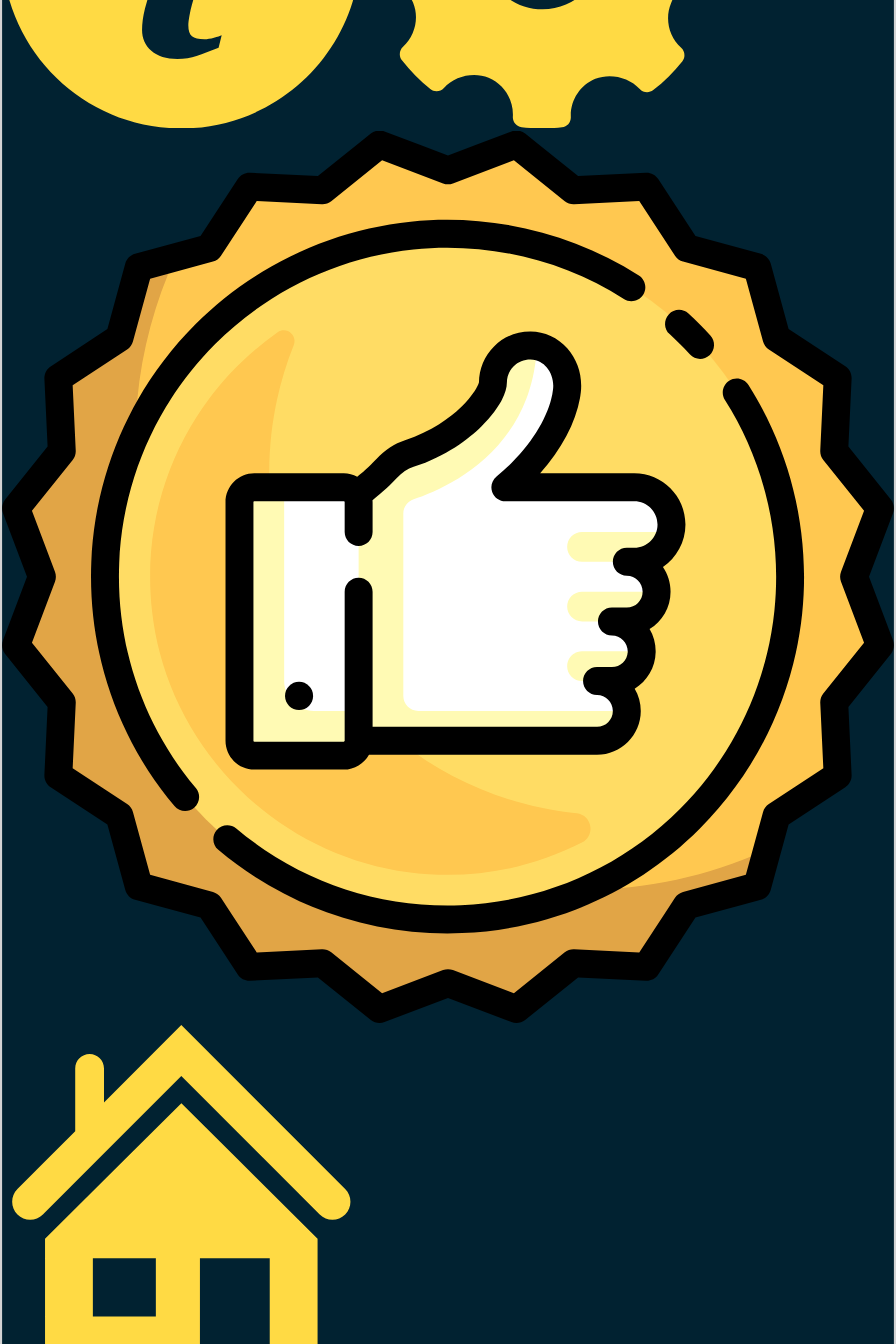
Repository: ChenGinsberg/BatyaLamed-site
Page: index.html
An editor plug-in stored every save of this project. The page is shown before and after the next save, followed by the edit.
The browser window is 1280 px wide. The pictures show the part of the page from y = 1609 to 3529 px (the page is 5120 px tall before and 4605 px after), at 70% of full size.
Some web libraries are served in a nearby version.

Above is the page before, as saved 2017-11-21 21:37:33.

### index.html
<!DOCTYPE html>
<html lang="en">

<head>
    <meta charset="UTF-8">
    <meta name="viewport" content="width=device-width, initial-scale=1.0">
    <meta http-equiv="X-UA-Compatible" content="ie=edge">
    <title>Batya</title>

    <script type="text/javascript" src="http://app.sliderui.com/sliders/zrkchs.js"></script>
    <script src="https://code.jquery.com/jquery-3.2.1.slim.min.js" integrity="sha384-KJ3o2DKtIkvYIK3UENzmM7KCkRr/rE9/Qpg6aAZGJwFDMVNA/GpGFF93hXpG5KkN"
        crossorigin="anonymous"></script>
    <script src="https://cdnjs.cloudflare.com/ajax/libs/popper.js/1.12.3/umd/popper.min.js" integrity="sha384-vFJXuSJphROIrBnz7yo7oB41mKfc8JzQZiCq4NCceLEaO4IHwicKwpJf9c9IpFgh"
        crossorigin="anonymous"></script>
    <script src="https://maxcdn.bootstrapcdn.com/bootstrap/4.0.0-beta.2/js/bootstrap.min.js" integrity="sha384-alpBpkh1PFOepccYVYDB4do5UnbKysX5WZXm3XxPqe5iKTfUKjNkCk9SaVuEZflJ"
        crossorigin="anonymous"></script>
    <link rel="stylesheet" href="https://maxcdn.bootstrapcdn.com/bootstrap/4.0.0-beta.2/css/bootstrap.min.css" integrity="sha384-PsH8R72JQ3SOdhVi3uxftmaW6Vc51MKb0q5P2rRUpPvrszuE4W1povHYgTpBfshb"
        crossorigin="anonymous">
    <link href="https://fonts.googleapis.com/css?family=Varela+Round&amp;subset=hebrew" rel="stylesheet">
    <link rel="stylesheet" type="text/css" href="style/reset.css">
    <link rel="stylesheet" type="text/css" href="style/style.css">
    <link rel="stylesheet" type="text/css" href="style/nav.css">
    <link rel="stylesheet" type="text/css" href="style/slider.css">
    <link rel="stylesheet" type="text/css" href="style/infoBox.css">
    <link rel="stylesheet" type="text/css" href="style/footer.css">
</head>

<body lang="rtl">
    <!-- nav-bar -->
    <nav class="navbar-blue">
        <div class="nav-icons">
            <img src="image/batyaLogo.png" class="logo-nav">
            <a>
                <img src="image/email.svg" class="nav-email-icon">
            </a>
            <a href="aticles.html">
                <img src="image/icon.svg" class="nav-info-icon">
            </a>
            <a href="tools.html">
                <img src="image/settings-work-tool.svg" class="nav-tools-icon">
            </a>
            <a href="recommendsPage.html">
                <img src="image/recommended.svg" class="nav-recommended-icon">
            </a>
            <a href="index.html">
                <img src="image/house-outline.svg" class="nav-home-icon">
            </a>
        </div>
        <br>
        <div class="nav-text">
            <span class="nav-iconn">עמוד הבית</span>
            <span class="nav-iconn">המלצות</span>
            <span class="nav-iconn">כלי-למידה</span>
            <span class="nav-iconn">מאמרים</span>
            <span class="nav-iconn">צור קשר</span>
        </div>
    </nav>
    <!-- slider - linked at the head -->
    <div data-slider-id="zrkchs" class="sliderCSS"></div>
    <!-- infoBox -->
    <div class="blog-card">
        <div class="photo photo1"></div>
        <div class="description">
            <span class="infoBox_header">חשוב מאוד!
            </span>
            <h2>ספר התיאוריה המעודכן לשנת 2018</h2>
            <p class="summary">Lorem ipsum dolor sit amet, consectetur adipisicing elit. Ad eum dolorum architecto obcaecati enim dicta praesentium,
                quam nobis! Neque ad aliquam facilis numquam. Veritatis, sit.</p>
            <a href="#">...עוד</a>
        </div>
    </div>
    <div class="blog-card">
        <div class="photo photo2"></div>
        <div class="description">
            <span class="infoBox_header">שימו לב...</span>
            <h2>Opening a door to the future</h2>
            <p class="summary">Lorem ipsum dolor sit amet, consectetur adipisicing elit. Ad eum dolorum architecto obcaecati enim dicta praesentium,
                quam nobis! Neque ad aliquam facilis numquam. Veritatis, sit.</p>
            <a href="#"> עוד</a>
        </div>
    </div>
    <div class="blog-card">
        <div class="photo photo3">
            <img src="/image/arrow.png" class="roadArrow">
        </div>
        <div class="description">
            <span class="infoBox_header">בדרך לדעת לנהוג</span>
            <h2>Opening a door to the future</h2>
            <p class="summary">Lorem ipsum dolor sit amet, consectetur adipisicing elit. Ad eum dolorum architecto obcaecati enim dicta praesentium,
                quam nobis! Neque ad aliquam facilis numquam. Veritatis, sit.</p>
            <a href="#">עוד</a>
        </div>
    </div>
    <!-- FOOTER -->
    <footer class="flex-rw">
        <p class="footer-quate">איתי תלמדו איך לנהוג נכון בכביש ולא איך לעבור את הטסט</p>

        <ul class="footer-list-top">

            <li>
                <a href='/shop/about-mission' class="generic-anchor footer-list-anchor" itemprop="significantLink">?מי אני</a>
            </li>
            <li>
                <a href='/promos.html' class="generic-anchor footer-list-anchor" itemprop="significantLink">מאמרים</a>
            </li>
            <li>
                <a href='/retailers/new-retailers.html' class="generic-anchor footer-list-anchor" itemprop="significantLink">כלי-למידה</a>
            </li>

            <li>
                <a href='/job-openings.html' itemprop="significantLink" class="generic-anchor footer-list-anchor">תלמידים ממליצים</a>
            </li>

            <li>
                <a href='/shop/about-show-schedule' class="generic-anchor footer-list-anchor" itemprop="significantLink">מידע עדכני לתלמיד ולנהג</a>
            </li>
        </ul>
        <ul class="footer-list-top">
            <li>
                <section class="footer-social-section flex-rw">
                    <img src="image/email.svg" class="footer-svg">
                    <img src="image/telephone.svg" class="footer-svg">
                    <img src="image/social-facebook-circular-button.svg" class="footer-svg">

                </section>
                <section class="footer-bottom-section flex-rw">
                    <div class="footer-bottom-wrapper">
                        <i class="fa fa-copyright" role="copyright">

                        </i> Cheno - FS Developer © 2017
                        <address class="footer-address" role="company address"> ,IL</address>
                        <span class="footer-bottom-rights"> - All Rights Reserved - </span>
                    </div>
                    <div class="footer-bottom-wrapper">

                        <img src="/image/Chenologo.png" class="chen-icon">

                    </div>
                </section>
    </footer>


</body>

</html>

### style/reset.css
html,
body,
div,
span,
applet,
object,
iframe,
h1,
h2,
h3,
h4,
h5,
h6,
p,
blockquote,
pre,
a,
abbr,
acronym,
address,
big,
cite,
code,
del,
dfn,
em,
img,
ins,
kbd,
q,
s,
samp,
small,
strike,
strong,
sub,
sup,
tt,
var,
b,
u,
i,
center,
dl,
dt,
dd,
ol,
ul,
li,
fieldset,
form,
label,
legend,
table,
caption,
tbody,
tfoot,
thead,
tr,
th,
td,
article,
aside,
canvas,
details,
embed,
figure,
figcaption,
footer,
header,
hgroup,
menu,
nav,
output,
ruby,
section,
summary,
time,
mark,
audio,
video {
    margin: 0;
    padding: 0;
    border: 0;
    font-size: 100%;
    font: inherit;
    vertical-align: baseline;
}


/* HTML5 display-role reset for older browsers */

article,
aside,
details,
figcaption,
figure,
footer,
header,
hgroup,
menu,
nav,
section {
    display: block;
}

body {
    line-height: 1;
}

ol,
ul {
    list-style: none;
    padding: 0;
    margin: 0;
}

blockquote,
q {
    quotes: none;
}

blockquote:before,
blockquote:after,
q:before,
q:after {
    content: '';
    content: none;
}

table {
    border-collapse: collapse;
    border-spacing: 0;
}

### style/style.css
body {
    background-color: lightgray;
    margin: 2.8px;
}

### style/nav.css
/* NAV */

.navbar-blue {
    background-color: #012231;
    min-height: 80px;
}

.nav-icon {
    display: flex;
    height: 55px;
}

.logo-nav {
    height: 52px;
    position: absolute;
    right: 11px;
    top: 11px;
}

.nav-svg-icon {
    height: 33.6px;
    position: relative;
    left: 3%;
    margin: 5.6% 10px 10px 10px;
}


/* .nav-iconn {
    margin-right: 1%;
    font-family: 'Varela Round', sans-serif;
    color: white;
    position: relative;
    left: 4.2%;
    font-size: 0.70em;
    border-radius: 3px;
    transition: all 0.3s ease;
    padding-right: 2%;
    top: -13px; */


}
.nav-iconn:hover {
    background: red;
}

### style/slider.css
.container {
    margin: 16px auto;
    width: 93%;
    height: 200px;
    overflow: hidden;
    position: relative;
    box-shadow: 2px 7px 36px 0px #012231;
}

.photo_slider {
    position: absolute;
    animation: round 3s infinite;
    opacity: 0;
    width: 100%;
    left: 0%;
    height: 100%;
}

@keyframes round {
    25% {
        opacity: 1;
    }
    40% {
        opacity: 0;
    }
}

img:nth-child(1) {
    animation-delay: 12s;
}

img:nth-child(2) {
    animation-delay: 8s;
}

img:nth-child(3) {
    animation-delay: 4s;
}

img:nth-child(4) {
    animation-delay: 0s;
}

### style/infoBox.css
@import url(https://fonts.googleapis.com/css?family=Open+Sans:400,700|Roboto:400,700);
.blog-card {
    transition: height 0.3s ease;
    -webkit-transition: height 0.3s ease;
    border-radius: 15px;
    box-shadow: 9px 7px 7px -3px rgba(0, 0, 0, 0.3);
    margin: 28px auto 11.6%;
    overflow: hidden;
    position: relative;
    font-size: 1em;
    -webkit-font-smoothing: antialiased;
    background-color: white;
    margin-left: 3%;
    margin-right: 3%;
}

.blog-card:hover .details {
    left: 0;
}

.blog-card:hover.alt .details {
    right: 0;
}

.blog-card.alt .details {
    right: -100%;
    left: inherit;
}

.blog-card .photo {
    height: 257.6px;
    position: relative;
}

.blog-card .photo.photo1 {
    height: 130px;
    background: url("../image/red-article.png") center no-repeat;
    background-size: cover;
}

.blog-card .photo.photo2 {
    background: url("../image/yellow-article.png") center no-repeat;
    background-size: cover;
    height: 200px;
    /* zoom: 1.7; */
    width: 200px;
    position: relative;
    left: 20%;
}

.blog-card .photo.photo3 {
    background: url("../image/green-article - Copy.gif") center no-repeat;
    background-size: cover;
}

.blog-card .details {
    transition: all 0.3s ease;
    -webkit-transition: all 0.3s ease;
    background: rgba(0, 0, 0, 0.6);
    box-sizing: border-box;
    color: #fff;
    font-family: "Open Sans";
    list-style: none;
    margin: 0;
    padding: 10px 15px;
    height: 200px;
    /*POSITION*/
    position: absolute;
    top: 0;
    left: -100%;
}

.blog-card .details>li {
    padding: 3px 0;
}

.blog-card .details li:before,
.blog-card .details .tags ul:before {
    font-family: FontAwesome;
    margin-right: 10px;
    vertical-align: middle;
}

.blog-card .details .author:before {
    content: "\f007";
}

.blog-card .details .date:before {
    content: "\f133";
}

.blog-card .details .tags ul {
    list-style: none;
    margin: 0;
    padding: 0;
}

.blog-card .details .tags ul:before {
    content: "\f02b";
}

.blog-card .details .tags li {
    display: inline-block;
    margin-right: 3px;
}

.blog-card .details a {
    color: inherit;
    border-bottom: 1px dotted;
}

.blog-card .details a:hover {
    color: #75D13B;
}

.blog-card .description {
    padding: 1px 12px 15px;
    box-sizing: border-box;
    position: relative;
}

.blog-card .description .infoBox_header {
    direction: rtl;
    font-family: "Roboto";
    line-height: 1em;
    position: absolute;
    right: 10px;
}

.blog-card .description h2 {
    color: #9b9b9b;
    font-family: "Open Sans";
    line-height: 1.2em;
    text-transform: uppercase;
    font-size: 1em;
    font-weight: 400;
    margin: 1.2% 0;
    position: relative;
    top: 15px;
    left: 20.9%;
}

.blog-card .description p {
    position: relative;
    margin: 0;
    padding-top: 20px;
    line-height: 22.7px;
}

.blog-card .description p:after {
    content: "";
    background: red;
    height: 6px;
    width: 70px;
    position: absolute;
    top: 13px;
    right: -2px;
}

.blog-card .description a {
    color: red;
    margin-bottom: 10px;
    float: right;
}

.blog-card .description a:after {
    transition: all 0.3s ease;
    -webkit-transition: all 0.3s ease;
    content: "\f061";
    font-family: FontAwesome;
    margin-left: -10px;
    opacity: 0;
    vertical-align: middle;
}

.blog-card .description a:hover:after {
    margin-left: 5px;
    opacity: 1;
}

@media screen and (min-width: 600px) {
    .blog-card {
        height: 200px;
        max-width: 600px;
    }
    .blog-card:hover .photo {
        -webkit-transform: rotate(5deg) scale(1.3);
        transform: rotate(5deg) scale(1.3);
    }
    .blog-card:hover.alt .photo {
        -webkit-transform: rotate(-5deg) scale(1.3);
        transform: rotate(-5deg) scale(1.3);
    }
    .blog-card.alt .details {
        padding-left: 30px;
    }
    .blog-card.alt .description {
        float: right;
    }
    .blog-card.alt .description:before {
        -webkit-transform: skewX(5deg);
        transform: skewX(5deg);
        right: -15px;
        left: inherit;
    }
    .blog-card.alt .photo {
        float: right;
    }
    .blog-card .photo {
        transition: all 0.5s ease;
        -webkit-transition: all 0.5s ease;
        float: left;
        height: 100%;
        width: 40%;
    }
    .blog-card .details {
        width: 40%;
    }
    .blog-card .description {
        float: left;
        width: 60%;
        z-index: 0;
    }
    .blog-card .description:before {
        -webkit-transform: skewX(-5deg);
        transform: skewX(-5deg);
        content: "";
        background: #fff;
        width: 100%;
        z-index: -1;
        /*POSITION*/
        position: absolute;
        left: -15px;
        top: 0;
        bottom: 0;
    }
}

### style/footer.css
.footer-svg {
    height: 41px;
    width: 57px;
}

.chen-icon {
    width: 15%;
    position: relative;
    bottom: 4%;
    left: 0%;
    box-shadow: 0 0 1px #fff, 0 0 1px #fff, 0 0 0px #e3e98e, 0 0 17px #e3e98e, 0 0 13px #e3e98e;
}

.footer-quate {
    text-align: center;
    margin-right: 1%;
    font-family: 'Varela Round', sans-serif;
    color: white;
    position: relative;
    left: 4.8%;
    font-size: 1.1em;
    border-radius: 3px;
    transition: all 0.3s ease;
    padding-right: 1.2%;
    top: -13px;
    text-shadow: 0 0 5px #fff, 0 0 10px #fff, 0 0 20px #fff, 0 0 40px #0ff, 0 0 80px #0ff, 0 0 90px #0ff, 0 0 100px #0ff, 0 0 150px #0ff;
}

.generic-anchor {
    color: #8DB9ED;
}

.generic-anchor:visited {
    color: #909090;
}

.generic-anchor:hover {
    color: #ccc;
}

.flex-rw {
    display: -webkit-box;
    display: -ms-flexbox;
    display: flex;
    -ms-flex-flow: row wrap;
    flex-flow: row wrap;
    justify-content: center;
}

footer {
    background: #012231;
    margin-top: auto;
    width: 100%;
    padding: 31.2px 20px;
}

.footer-list-top {
    width: 33.333%;
}

.footer-list-top>li {
    text-align: center;
    padding-bottom: 10px;
    list-style: none;
}

.footer-list-header {
    padding: 10px 0 5px 0;
    color: #fff;
    font: 2.3vw "Oswald", sans-serif;
}

.footer-list-anchor {
    font: 1.3em "Open Sans", sans-serif;
}

.footer-social-section {
    width: 100%;
    -webkit-box-align: center;
    -ms-flex-align: center;
    align-items: center;
    -ms-flex-pack: distribute;
    justify-content: space-around;
    position: relative;
    margin-top: 5px;
}

.footer-social-section::after {
    content: "";
    position: absolute;
    z-index: 1;
    top: -25%;
    left: 10px;
    border-top: 1px solid #F4EE3A;
    width: calc(100% - 20px);
}

.footer-social-connect {
    display: -webkit-box;
    display: -ms-flexbox;
    display: flex;
    -webkit-box-align: center;
    -ms-flex-align: center;
    align-items: center;
    font: 3.5em "Oswald", sans-serif;
    color: #fff;
}

.footer-social-small {
    font-size: 0.6em;
    padding: 0px 20px;
}

.footer-social-overlap>a {
    font-size: 3em;
}

.footer-social-overlap>a:not(:first-child) {
    margin-left: 0.38em;
}

.footer-bottom-section {
    width: 100%;
    padding: 10px;
    border-top: 1px solid #F4EE3A;
    margin-top: 10px;
}

.footer-bottom-section>div:first-child {
    margin-right: auto;
}

.footer-bottom-wrapper {
    font-size: 1.5em;
    color: #fff;
}

.footer-address {
    display: inline;
    font-style: normal;
}

@media only screen and (max-width: 768px) {
    .footer-list-header {
        font-size: 2em;
    }
    .footer-list-anchor {
        font-size: 1.1em;
    }
    .footer-social-connect {
        font-size: 2.5em;
    }
    .footer-social-overlap>a {
        font-size: 2.24em;
    }
    .footer-bottom-wrapper {
        font-size: 1.3em;
    }
}

@media only screen and (max-width: 568px) {
    main {
        font-size: 5em;
    }
    .footer-list-top {
        width: 86%;
    }
    .footer-list-header {
        font-size: 3em;
    }
    .footer-list-anchor {
        font-size: 1.5em;
    }
    .footer-social-section {
        -webkit-box-pack: center;
        -ms-flex-pack: center;
        justify-content: center;
    }
    .footer-social-connect {
        margin-bottom: 10px;
        padding: 0 10px;
    }
    .footer-social-overlap {
        display: -webkit-box;
        display: -ms-flexbox;
        display: flex;
        -webkit-box-pack: center;
        -ms-flex-pack: center;
        justify-content: center;
    }
    .footer-social-icons-wrapper {
        width: 100%;
        padding: 0;
    }
    .footer-social-overlap>a:not(:first-child) {
        margin-left: 20px;
    }
    .footer-bottom-section {
        padding: 0 5px 0 5px;
    }
    .footer-bottom-wrapper {
        text-align: center;
        width: 100%;
        margin-top: 10px;
    }
}

@media only screen and (max-width: 480px) {
    .footer-social-overlap>a {
        margin: auto;
    }
    .footer-social-overlap>a:not(:first-child) {
        margin-left: 0;
    }
    .footer-bottom-rights {
        display: block;
    }
}

@media only screen and (max-width: 320px) {
    .footer-list-header {
        font-size: 2.2em;
    }
    .footer-list-anchor {
        font-size: 1.2em;
    }
    .footer-social-connect {
        font-size: 2.4em;
    }
    .footer-social-overlap>a {
        font-size: 2.24em;
    }
    .footer-bottom-wrapper {
        font-size: 0.8em;
        ;
    }
}

After the next save:
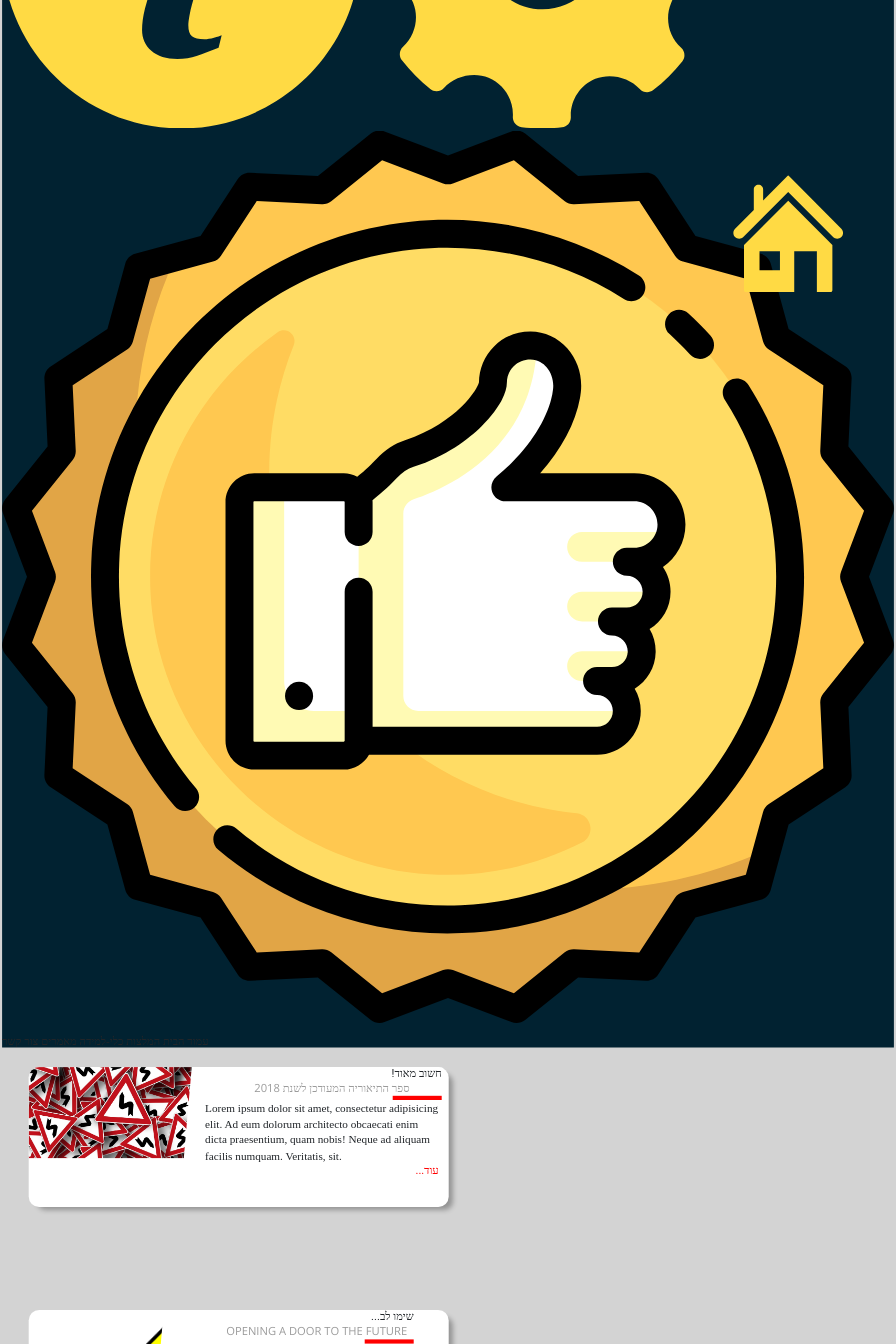
Saved 8 min 18 s later.
--- a/style/nav.css
+++ b/style/nav.css
@@ -17,11 +17,11 @@
     top: 11px;
 }
 
-.nav-svg-icon {
-    height: 33.6px;
-    position: relative;
-    left: 3%;
-    margin: 5.6% 10px 10px 10px;
+.nav-home-icon {
+    width: 13%;
+    position: absolute;
+    right: 71px;
+    margin-top: 5%;
 }
 
 
